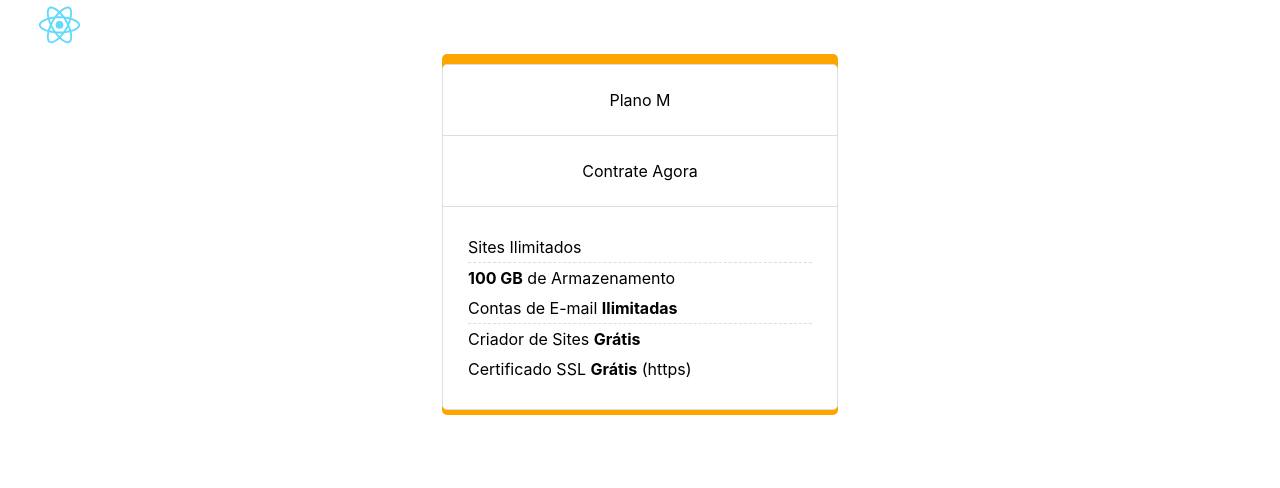
Repository: gatomazi/hostgatorFrontend
Page: /
The author's editor kept a copy of each file at every save. The page is drawn from the files as they stood at one save, then again after a run of saves.
The browser window is 1280 px wide. The pictures show the whole page.
The project was rebuilt for these pictures with package versions that can differ from the ones it lists, and the page was loaded fresh each time.

Above is the page before, as saved 2020-01-24 11:25:07.

### src/App.js
import React from "react";

import "./App.css";
import Topbar from "./components/Topbar";
import Plano from "./components/Plano";
function App() {
  return (
    <div className="App">
      <Topbar />
      <Plano />
    </div>
  );
}

export default App;

### src/components/Topbar.js
import React from "react";

import logo from "../logo.svg";
// import { Link } from "react-router-dom";

import { makeStyles } from "@material-ui/core/styles";
import Grid from "@material-ui/core/Grid";
import Container from "@material-ui/core/Container";

const useStyles = makeStyles(theme => ({
  root: {
    flexGrow: 1
  }
}));

const Topbar = () => {
  const classes = useStyles();
  return (
    <div className={classes.root}>
      <Container maxWidth="lg">
        <Grid item xs={12} style={{ textAlign: "left" }}>
          <img
            style={{ height: 50 }}
            src={logo}
            className="Navbar-logo"
            alt="logo"
          />
        </Grid>
      </Container>
    </div>
  );
};

export default Topbar;

### src/components/Plano.js
import React from "react";
import "./Plano.scss";

import Grid from "@material-ui/core/Grid";
import Container from "@material-ui/core/Container";

import iconPlan from "../assets/icon.png";

const Plano = () => {
  return (
    <div className="root">
      <Container maxWidth="xs">
        <Grid className="orangePlanBg" item xs={12}>
          <div className="planCard">
            <div>
              <span>Plano M</span>
            </div>
            <div className="insideDivisor">Contrate Agora</div>
            <div style={{ textAlign: "left" }}>
              <span>Sites Ilimitados</span>
              <span>
                <b>100 GB</b> de Armazenamento
              </span>
              <span>
                Contas de E-mail <b>Ilimitadas</b>
              </span>
              <span>
                Criador de Sites <b>Grátis</b>
              </span>
              <span>
                Certificado SSL <b>Grátis</b> (https)
              </span>
            </div>
          </div>
        </Grid>
      </Container>
    </div>
  );
};

const borderColor = "#ddd";

export default Plano;

### src/components/Plano.scss
.root {
  flex-grow: 1;
}
.orangePlanBg {
  background-color: orange;
  padding-bottom: 5px;
  padding-top: 10px;
  border-radius: 5px;
}
.planCard {
  background-color: #fff;
  border: 1px solid #ddd;
  border-radius: 5px;
  div {
    padding: 25px;
    span {
      display: block;
    }
    &:last-child {
      span {
        padding: 5px 0px;
        &:first-child,
        &:nth-child(3) {
          border-bottom: dashed 0.8px #ddd;
        }
      }
    }
  }
}

.insideDivisor {
  border-bottom: 0.5px;
  border-bottom-color: #ddd;
  border-bottom-style: solid;
  /* border-bottom: 0.5; */
  border-top: 0.5px;
  border-top-color: #ddd;
  border-top-style: solid;
  /* border-top: 0.5; */
}

Loaded but not shown: public/index.html (common file); src/index.js (common file); src/index.css (common file); src/serviceWorker.js (common file); src/App.css (common file)

After the next 2 saves:
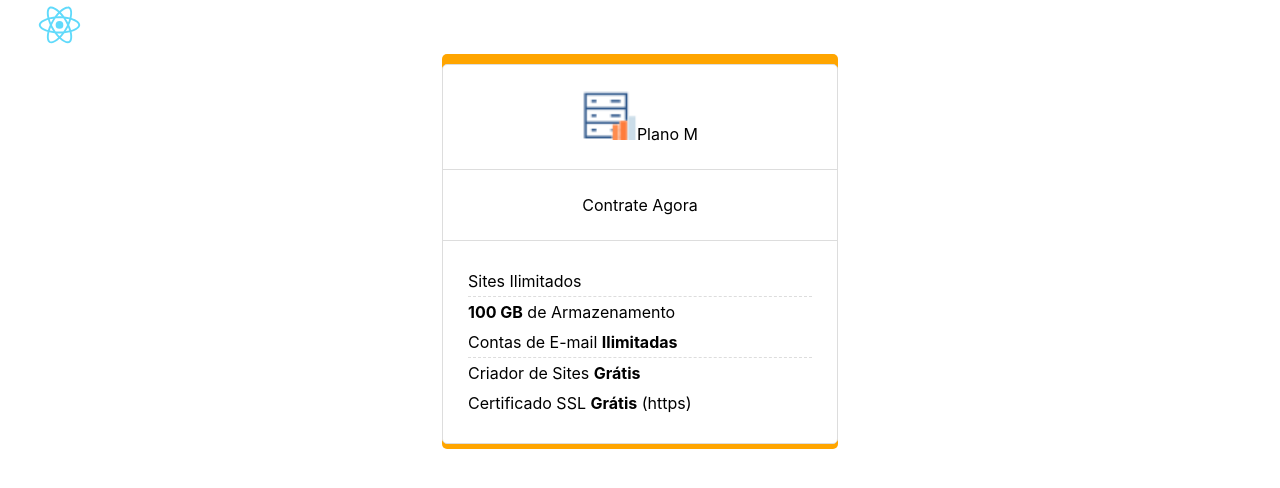
The 2 saves are shown as one change because they came seconds apart.
The last was saved 23 s later.
--- a/src/components/Plano.js
+++ b/src/components/Plano.js
@@ -13,7 +13,13 @@ const Plano = () => {
         <Grid className="orangePlanBg" item xs={12}>
           <div className="planCard">
             <div>
-              <span>Plano M</span>
+              <img
+                style={{ height: 50 }}
+                src={iconPlan}
+                className="Navbar-logo"
+                alt="logo"
+              />
+              Plano M
             </div>
             <div className="insideDivisor">Contrate Agora</div>
             <div style={{ textAlign: "left" }}>
